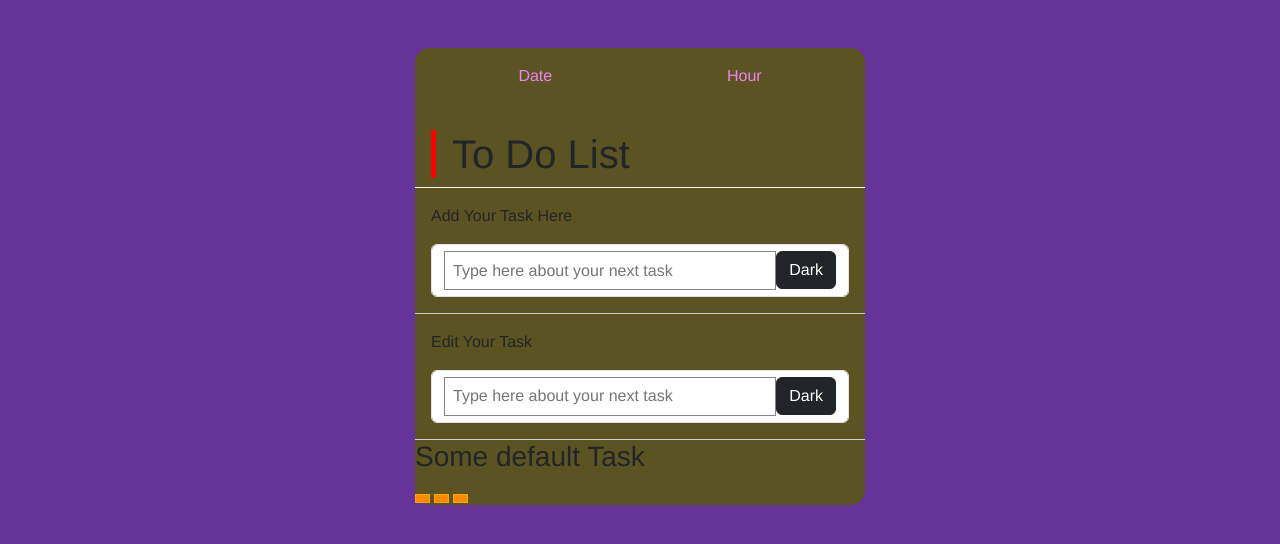
Repository: Passionblaz/TODO
Page: TODO/Untitled-1.html
These files come from the project's save history. The page is drawn as it stood at one moment and after a run of saves; the edit follows.
The browser window is 1280 px wide. The pictures show the whole page.

Above is the page before, as saved 2023-07-14 14:19:49.

### TODO/Untitled-1.html
<!DOCTYPE html>
<html lang="en">
<head>
  <meta charset="UTF-8">
  <meta name="viewport" content="width=device-width, initial-scale=1.0">
  <title>Document</title>
  <link href="https://cdn.jsdelivr.net/npm/bootstrap@5.3.0/dist/css/bootstrap.min.css" rel="stylesheet" integrity="sha384-9ndCyUaIbzAi2FUVXJi0CjmCapSmO7SnpJef0486qhLnuZ2cdeRhO02iuK6FUUVM" crossorigin="anonymous">
  <!-- Bootstrap Bundle JS (jsDelivr CDN) -->
  <script defer src="https://cdn.jsdelivr.net/npm/bootstrap@5.3.0/dist/js/bootstrap.bundle.min.js" integrity="sha384-geWF76RCwLtnZ8qwWowPQNguL3RmwHVBC9FhGdlKrxdiJJigb/j/68SIy3Te4Bkz" crossorigin="anonymous"></script>
  <link rel="stylesheet" href="todostyles.css">
</head>
<body>
<div class="todo-container">
  <div class="date-hour">
    <p class="date">Date</p>
    <p class="hour">Hour</p>
  </div>
<header>
  <h1>To Do List</h1>
</header>
<!-- Edit the task -->
<form action="" id="todo-form">
  <p>Add Your Task Here</p>
<div class="form-control">
<input type="text" id="todo-input" placeholder="Type here about your next task">
<div class="button">
  <button type="button" class="btn btn-dark">Dark</button>
 </div>
</div>

</form>

<form action="" id="edit-form">
  <p>Edit Your Task</p>
<div class="form-control">
<input type="text" id="edit-input" placeholder="Type here about your next task">
<div class="button2">
  <button type="button" class="btn btn-dark">Dark</button>
 </div>
</div>

</form>
<div class="todo-list">
<div class="todo">
  <h3>Some default Task</h3>
  <button class="finished-todo">
    <i class="fa-solid fa-check"></i>
  </button>
  <button class="edit-todo">
    <i class="fa-solid fa-pen"></i>
  </button>
  <button class="remove-todo">
    <i class="fa-solid fa-xmark"></i>
  </button>
</div>
</div>




    </body>
</html>

### TODO/todostyles.css
*{
  padding: 0;
  margin: 0;
  box-sizing: border-box;
}
body{
  font-family: 'Franklin Gothic Medium', 'Arial Narrow', Arial, sans-serif;
  background: rebeccapurple;

}
.form-control {
  display: flex;
}
.form-control input {
  flex: 1;
  outline: 0;
box-shadow: none;
border: 1px solid #858585;
}
.form-control button:hover {
  background-color: green;
}
.date-hour {
  display: flex;
  justify-content: space-around;
  align-items:center;
  padding: 1rem 1rem 1.5rem 1rem;
  font-size: 16px;
  color: violet;
}
button {
  background-color: darkorange;
  color: blue;
  border: 2px solid red;
  padding: 0.2rem 0.4rem;
  font-size: .8rem;
  cursor: pointer;
  justify-content: center;
  align-items: center;
  transition: .4s;
  border: 1px solid orange;
}
button:hover {
  background-color: orangered;
  color: white;
}
button > i {
  font-weight: bold;
  pointer-events: none;
}
input {
  padding: .4rem .5rem;
}
.hide {
  display: none;
}
.todo-container {
  background-color: #5c5323;
  border-radius: 15px;
  width: 450px;
  margin: 3rem auto;
  padding: 1.5.rem;
}
.todo-container header {
  padding: 0.1rem 1rem;
border-bottom: 1px solid whitesmoke;
}
header >h1 {
  padding-left: 16px;
  border-left: 5px solid red;
}

#todo-form, #edit-form {
  padding: 1rem;
  border-bottom: 1px solid #ccc;
}
#todo-form >

After the next 9 saves:
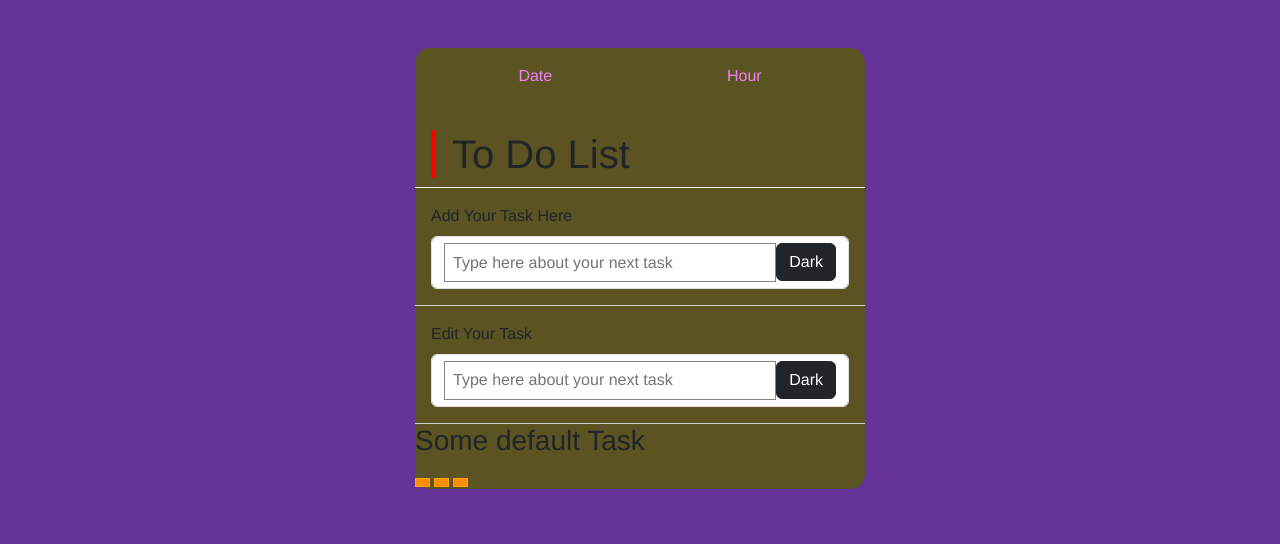
The 9 saves are shown as one change because they came seconds apart.
The last was saved 24 s later.
--- a/TODO/todostyles.css
+++ b/TODO/todostyles.css
@@ -74,4 +74,6 @@ header >h1 {
   padding: 1rem;
   border-bottom: 1px solid #ccc;
 }
-#todo-form >
+#todo-form > p, #edit-form > p {
+  margin-bottom: .5rem;
+}
